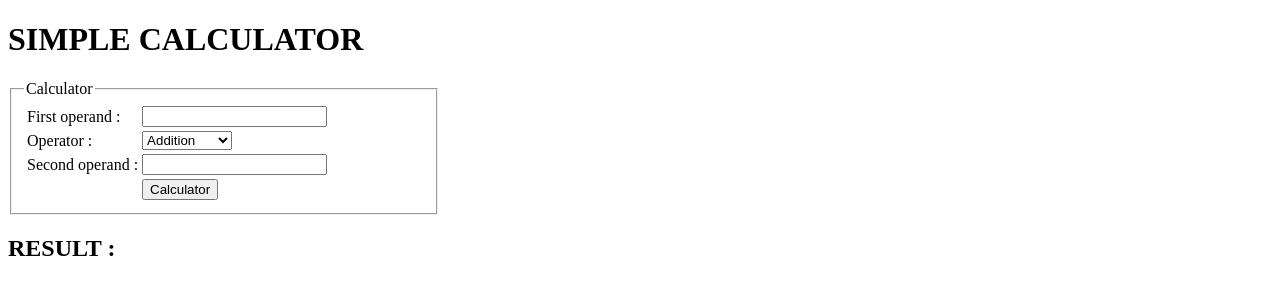
Repository: NGUYEN112/Module2
Page: http://localhost/
The author's editor kept a copy of each file at every save. The page is drawn from the files as they stood at one save, then again after the next save.
The browser window is 1280 px wide. The pictures show the whole page.
The page is run by PHP 8.4 with error messages shown; the project is at /var/www/html/.

Above is the page before, as saved 2021-01-18 14:47:25.

### bai8-calculator/index.php
<!DOCTYPE html>
<html lang="en">

<head>
    <meta charset="UTF-8">
    <meta name="viewport" content="width=device-width, initial-scale=1.0">
    <title>Document</title>
</head>

<body>
    <h1>SIMPLE CALCULATOR</h1>
    <form method="post">
        <fieldset style="width: 400px;">
            <legend>Calculator</legend>
            <table>
                <div>
                    <tr>
                        <td>First operand :</td>
                        <td><input type="number" name="operand"></td>
                    </tr>
                    <tr>
                        <td>Operator :</td>
                        <td><select name="operator">
                                <option value="addition">Addition</option>
                                <option value="subtraction">Subtraction</option>
                                <option value="multiple">Multiple</option>
                                <option value="division">Division</option>
                            </select></td>
                    </tr>
                    <tr>
                        <td>Second operand :</td>
                        <td><input type="number" name="operand2"></td>
                    </tr>
                    <tr>
                        <td></td>
                        <td><input type="submit" value="Calculator"></td>
                    </tr>
                </div>
            </table>
    </form>
    </fieldset>
    <h2>RESULT :</h2>
    <?php
    if ($_SERVER["REQUEST_METHOD"] === "POST") {
        $operand = $_POST['operand'];
        $operator = $_POST['operator'];
        $operand2 = $_POST['operand2'];

        function calculator($operand, $operator, $operand2,)
        {
            $result = 0;
            switch ($operator) {
                case "addition":
                    $result =  $operand + $operand2;
                    break;
                case "subtraction":
                    $result =  $operand - $operand2;
                    break;
                case "multiple":
                    $result =  $operand * $operand2;
                    break;
                case "division":
                    try {
                        if ($operand2 == 0) {
                            throw new Exception("Không thể thực hiện phép chia cho 0");
                        }
                        $result =  $operand / $operand2;
                    } catch (Exception $e) {
                        return $e->getMessage();
                    }
                    break;
                default:
                    "không thực hiện được";
            }
            return $result;
        }
        function opera($operator)
        {
            switch ($operator) {
                case "addition":
                    return " + ";
                case "subtraction":
                    return " - ";
                case "division":
                    return " / ";
                case "multiple":
                    return " * ";
            }
            return;
        }
        $ope = opera($operator);
        $result = calculator($operand, $operator, $operand2);
        echo $operand . opera($operator) . $operand2 . " = " . $result;
    }
    ?>
</body>

</html>

After the next save:
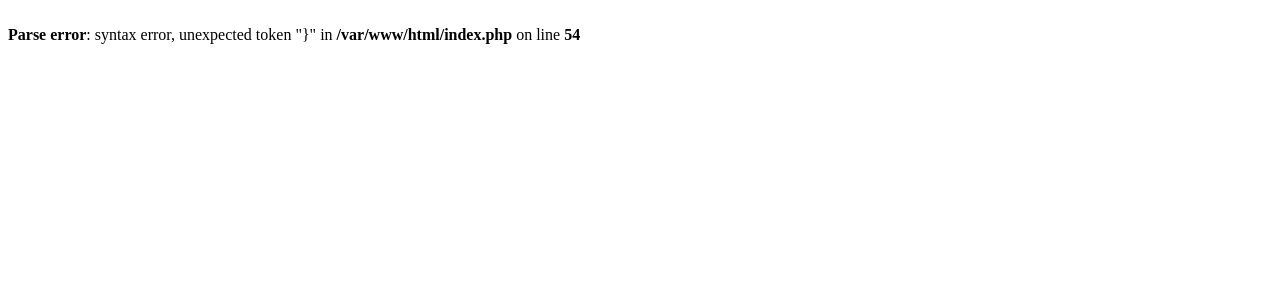
Saved 3 min 37 s later.
--- a/bai8-calculator/index.php
+++ b/bai8-calculator/index.php
@@ -48,6 +48,11 @@
 
         function calculator($operand, $operator, $operand2,)
         {
+            try {
+                if ($operand == "" && $operand2 == "") {
+                    throw new Exception("Không thể thực hiện phép tính nếu không nhập số")
+                }
+
             $result = 0;
             switch ($operator) {
                 case "addition":
@@ -73,7 +78,11 @@
                     "không thực hiện được";
             }
             return $result;
+
+        }catch (Exception $ex) {
+            return $ex->getMessage();
         }
+    }
         function opera($operator)
         {
             switch ($operator) {

After the save that followed:
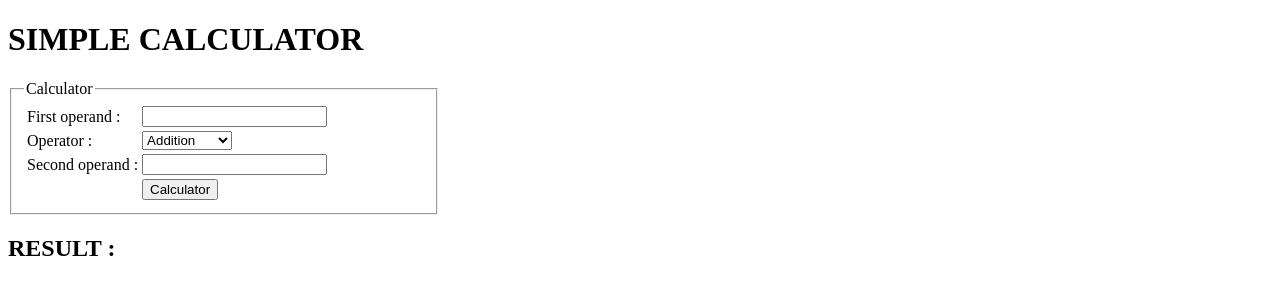
Saved 14 s later.
--- a/bai8-calculator/index.php
+++ b/bai8-calculator/index.php
@@ -50,9 +50,8 @@
         {
             try {
                 if ($operand == "" && $operand2 == "") {
-                    throw new Exception("Không thể thực hiện phép tính nếu không nhập số")
+                    throw new Exception("Không thể thực hiện phép tính nếu không nhập số");
                 }
-
             $result = 0;
             switch ($operator) {
                 case "addition":
